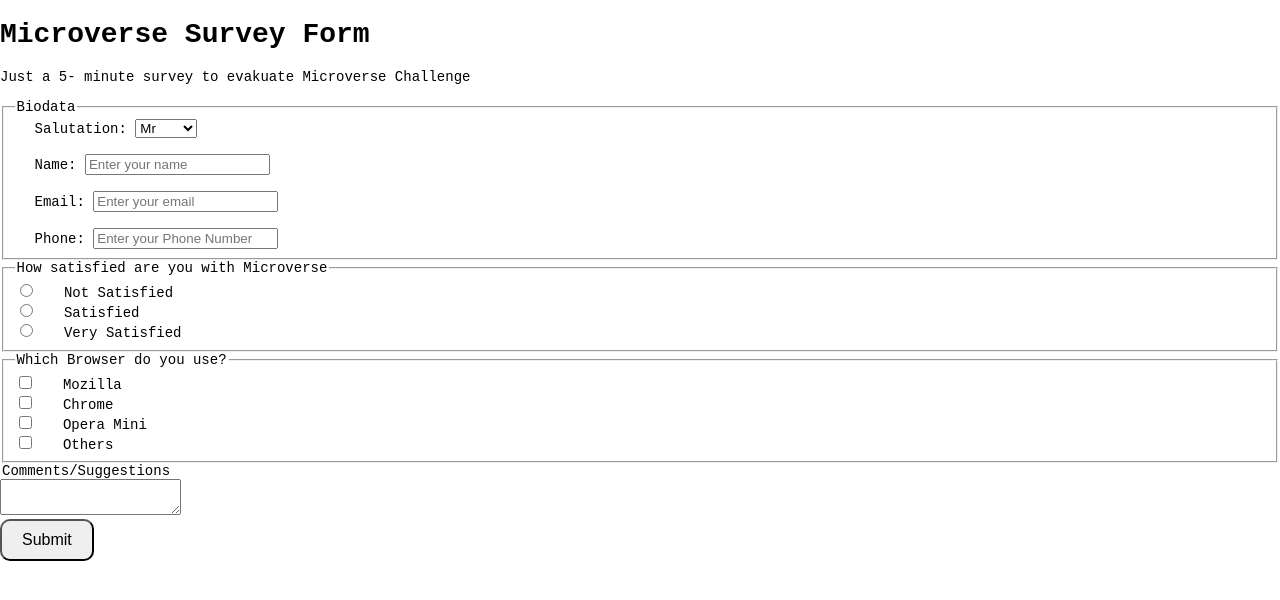
Repository: ahmedmeshref/Microverse-project
Page: index.html
The author's editor kept a copy of each file at every save. The page is drawn from the files as they stood at one save, then again after the next save.
The browser window is 1280 px wide. The pictures show the whole page.

Above is the page before, as saved 2019-03-29 16:02:37.

After the next save:
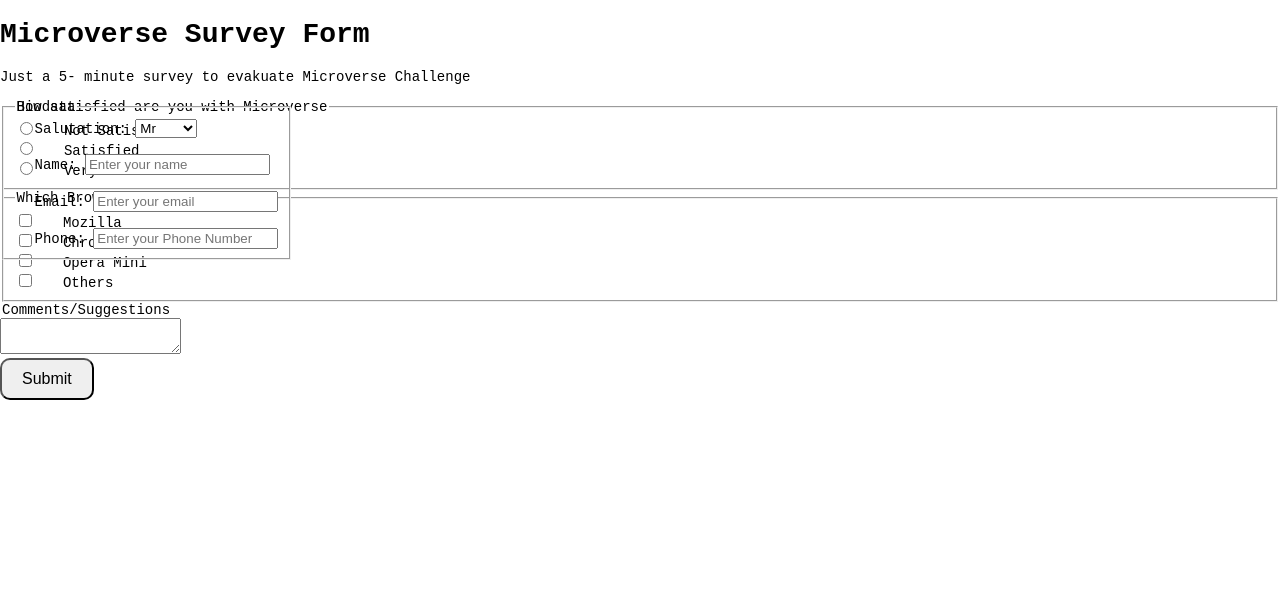
Saved 30 s later.
--- a/css/style.css
+++ b/css/style.css
@@ -14,6 +14,10 @@
     position: absolute;
 }
 
+#intro {
+    position: absolute;
+}
+
 label {
     margin-left: 20px;
 }

After the save that followed:
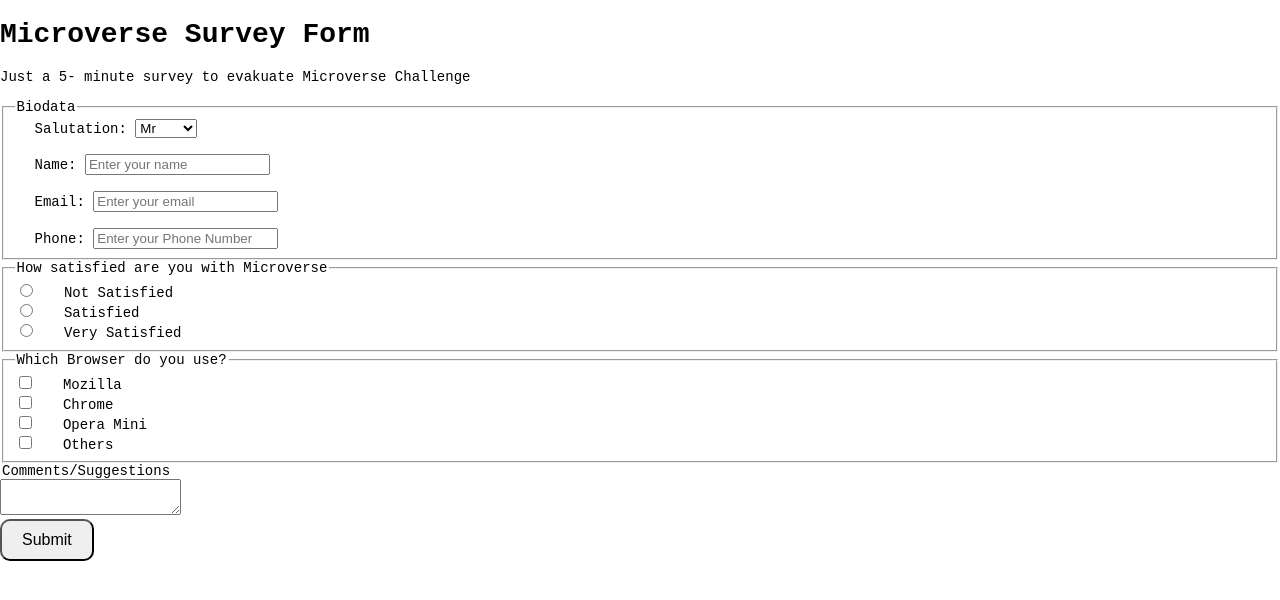
Saved 2 min 30 s later.
--- a/css/style.css
+++ b/css/style.css
@@ -10,12 +10,10 @@
     margin: 5px;
 }
 
-.bio {
-    position: absolute;
-}
+.bio {}
 
 #intro {
-    position: absolute;
+    margin-top: 10px;
 }
 
 label {
